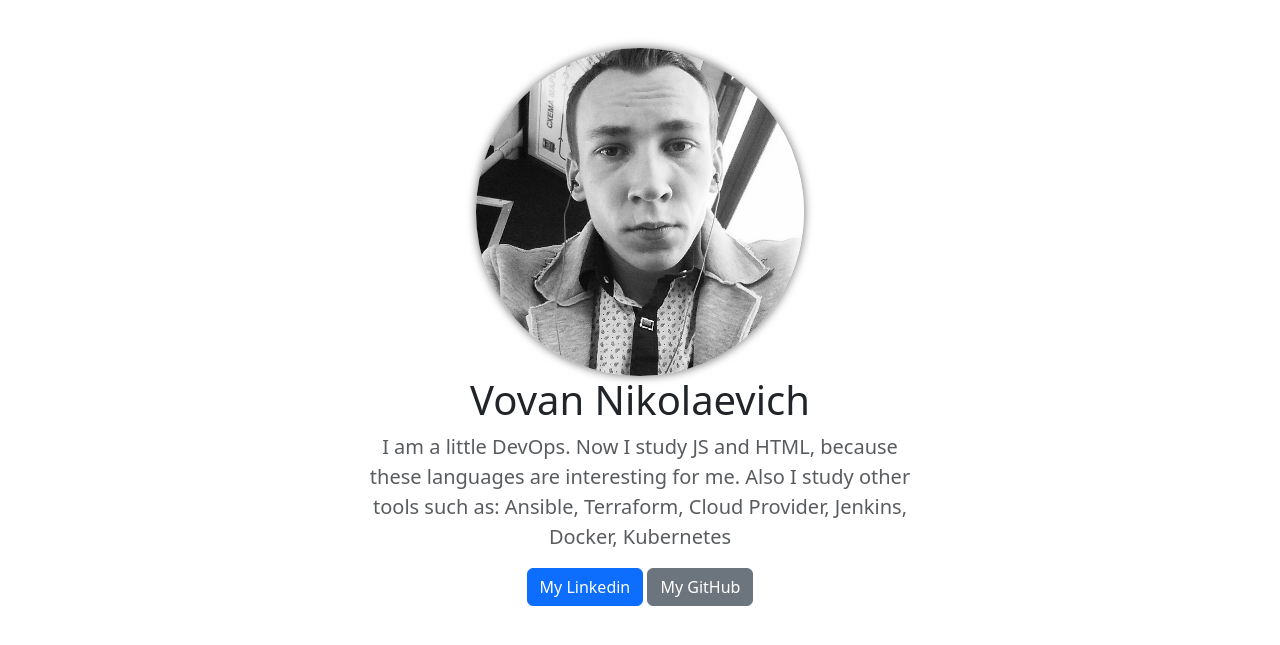
Repository: vovanbl411/mini-web-site
Page: index.html
An editor plug-in stored every save of this project. The page is shown before and after the next save, followed by the edit.
The browser window is 1280 px wide. The pictures show the whole page.

Above is the page before, as saved 2023-01-21 23:44:43.

After the next save:
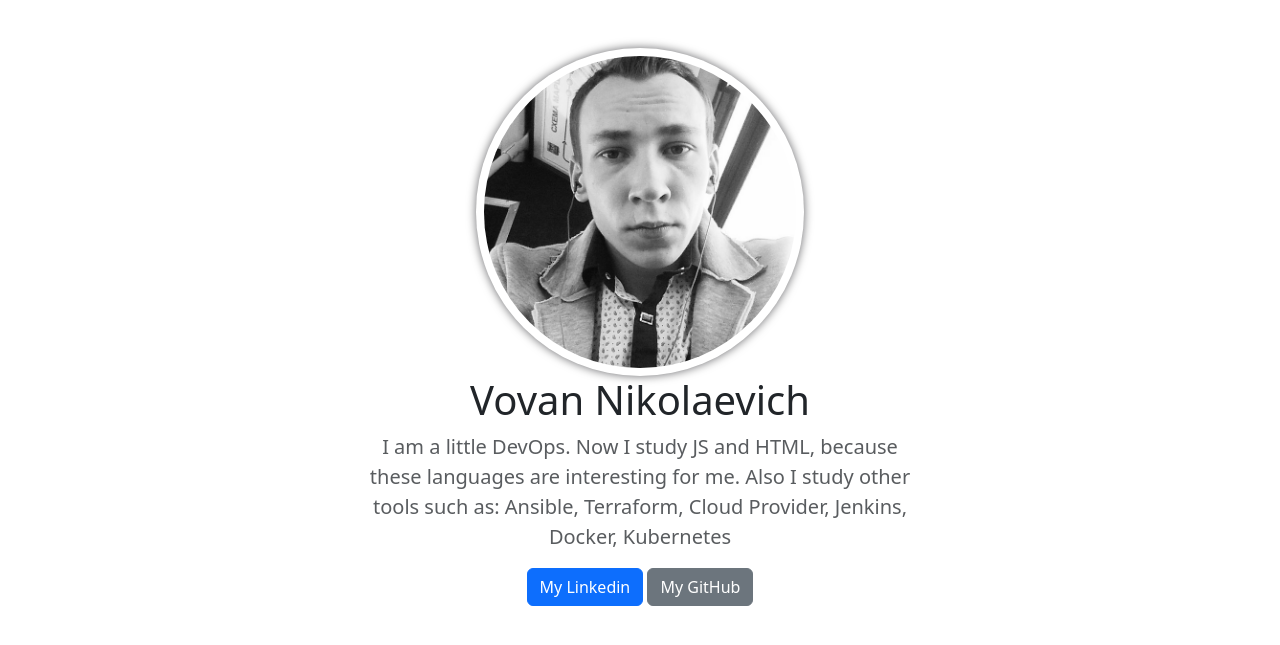
Saved 64 s later.
--- a/index.html
+++ b/index.html
@@ -15,6 +15,7 @@
         width: 60%;
         border-radius: 50%;
         box-shadow: 0 0 10px rgba(0, 0, 7, 0.6);
+        padding: 0.5em;
       }
     </style>
   </head>
